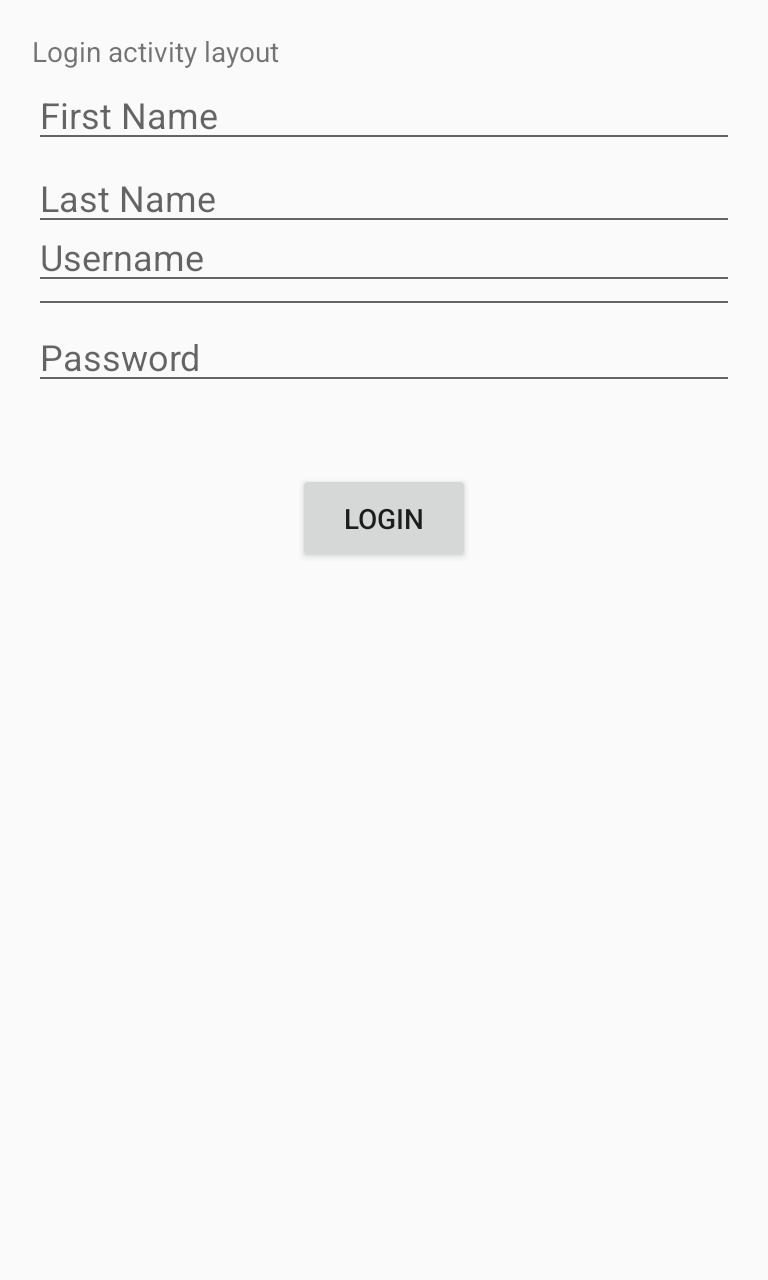
Repository: morgancundiff/TrollApp
Layout: Troll/res/layout/signup_layout.xml
The author's editor kept a copy of each file at every save. The layout is drawn from the files as they stood at one save, then again after the next save.
It is drawn on a 768 x 1280 px phone screen (xhdpi) without system bars, with theme AppTheme; the app's code is not run.

Above is the layout before, as saved 2014-05-29 19:08:29.

### Troll/res/layout/signup_layout.xml
<?xml version="1.0" encoding="utf-8"?>
<RelativeLayout xmlns:android="http://schemas.android.com/apk/res/android"
    xmlns:tools="http://schemas.android.com/tools"
    android:layout_width="match_parent"
    android:layout_height="match_parent"
    android:paddingBottom="@dimen/activity_vertical_margin"
    android:paddingLeft="@dimen/activity_horizontal_margin"
    android:paddingRight="@dimen/activity_horizontal_margin"
    android:paddingTop="@dimen/activity_vertical_margin"
    tools:context=".LoginActivity" >

    <TextView
        android:id="@+id/textView1"
        android:layout_width="wrap_content"
        android:layout_height="wrap_content"
        android:layout_alignParentLeft="true"
        android:layout_alignParentRight="true"
        android:text="Login activity layout" />


        <EditText
        android:id="@+id/SignupFirstName"
        android:layout_height="wrap_content"
        android:hint="First Name"
        android:inputType="textPersonName"
        android:layout_below="@+id/textView1"
        android:layout_width="fill_parent">
        </EditText>

        <EditText
        android:id="@+id/SignupLastName"
        android:layout_height="wrap_content"
        android:hint="Last Name"
        android:inputType="textPersonName"
        android:layout_below="@+id/SignupFirstName"
        android:layout_width="fill_parent">
        </EditText>

                           <EditText
        android:id="@+id/SignupEmail"
        android:layout_height="wrap_content"
        android:inputType="textEmailAddress"
        android:layout_below="@+id/SignupLastName"
        android:layout_width="fill_parent">
        </EditText>

    <EditText
        android:id="@+id/SignupUserName"
        android:layout_height="wrap_content"
        android:hint="Username"
        android:inputType="textPersonName"
        android:layout_marginTop="90dp"
        android:layout_width="fill_parent">
    </EditText>

    <EditText
        android:id="@+id/SignupPassword"
        android:layout_height="wrap_content"
        android:hint="Password"
        android:inputType="textPassword"
        android:layout_marginTop="140dp"
        android:layout_width="fill_parent">
    </EditText>



    <Button
        android:id="@+id/loginBtn"
        android:layout_width="wrap_content"
        android:layout_height="wrap_content"
        android:layout_below="@+id/textView1"
        android:layout_centerHorizontal="true"
        android:layout_marginTop="200dp"
        android:text="Login" />

</RelativeLayout>

Loaded but not shown: Troll/res/values/styles.xml (common file); Troll/res/values-v11/styles.xml (common file); Troll/res/values-v14/styles.xml (common file); Troll/res/values/dimens.xml (common file); Troll/res/values-w820dp/dimens.xml (common file)

After the next save:
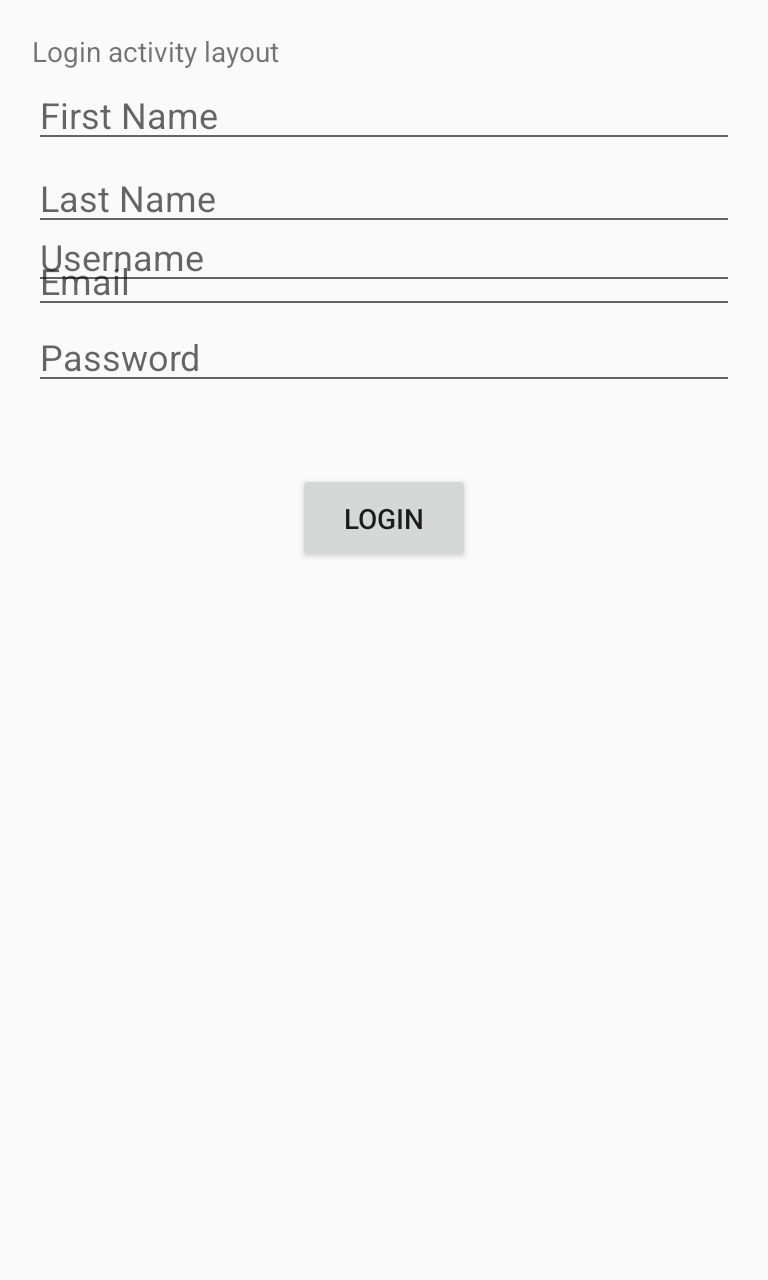
Saved 17 s later.
--- a/Troll/res/layout/signup_layout.xml
+++ b/Troll/res/layout/signup_layout.xml
@@ -39,6 +39,7 @@
                            <EditText
         android:id="@+id/SignupEmail"
         android:layout_height="wrap_content"
+        android:hint="Email"
         android:inputType="textEmailAddress"
         android:layout_below="@+id/SignupLastName"
         android:layout_width="fill_parent">
